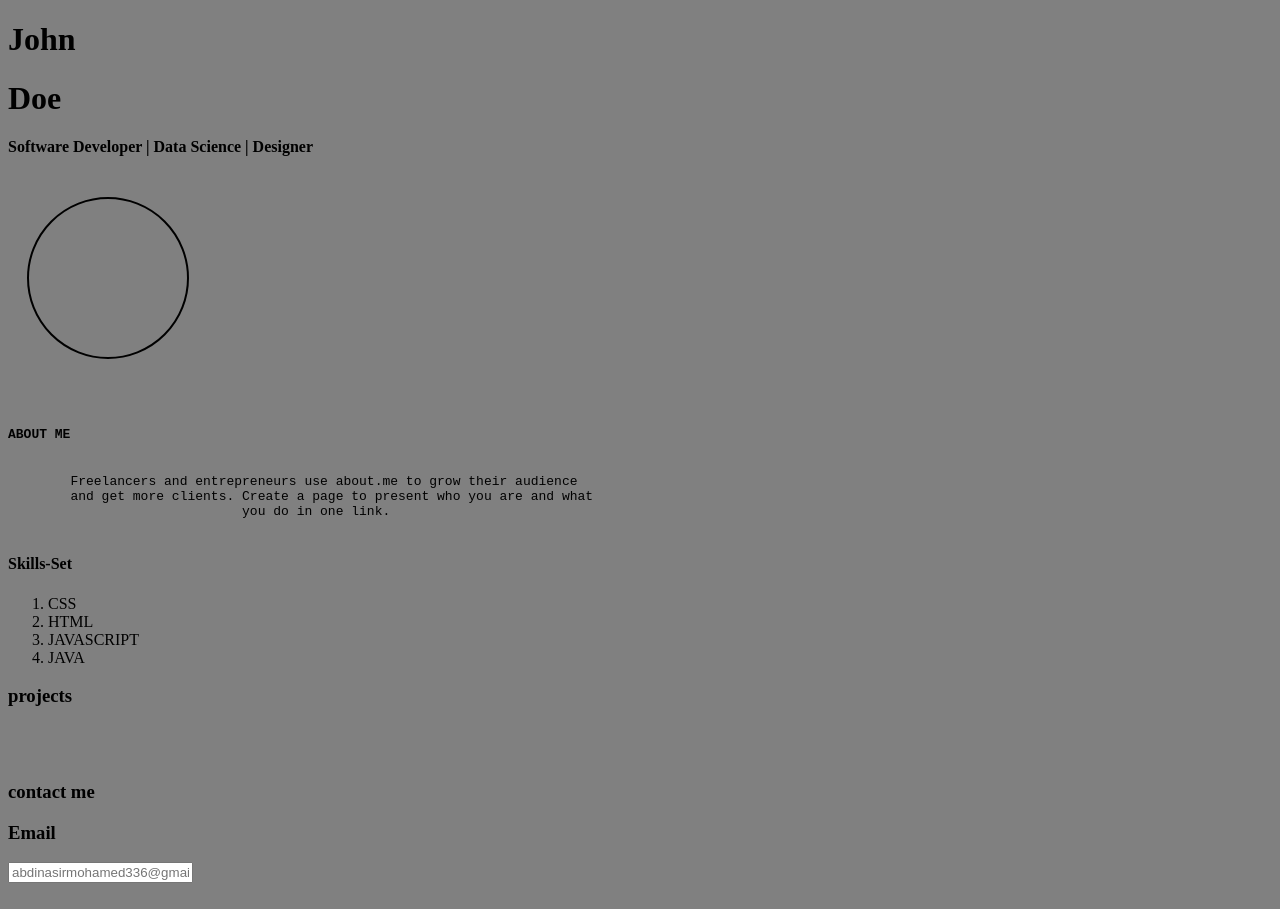
Repository: mrjayajay/week-1-code-challenges
Page: assignment/index.html
These files come from the project's save history. The page is drawn as it stood at one moment and after the next save; the edit follows.
The browser window is 1280 px wide. The pictures show the whole page.

Above is the page before, as saved 2024-03-10 17:24:15.

### assignment/index.html
<!DOCTYPE html>
<html lang="en">
<head>
    <meta charset="UTF-8">
    <meta name="viewport" content="width=device-width, initial-scale=1.0">
    <title>ASSIGNMENT</title>
    <link rel="stylesheet" href="style.css">
</head>
<body>
    <h1>John</h1>
    <h1>Doe</H1>
    <div id="sof">
    <h4>Software Developer | Data Science | Designer</h4>
    </div>
     <div id="circ" class="list">
    <svg width="200" height="200">
    <circle cx="100" cy="100" r="80" fill="GREY" stroke="black" stroke-width="2"/></svg>

    </div>
    <div id="brief">
        <pre>
    <h4 id="head">ABOUT ME</h4>
        Freelancers and entrepreneurs use about.me to grow their audience
        and get more clients. Create a page to present who you are and what
                              you do in one link.
    </pre>
    </div>

    <h4>Skills-Set</h4>
    <ol>
        <li>CSS</li>
        <LI>HTML</LI>
        <LI>JAVASCRIPT</LI>
        <LI>JAVA</LI>
    </ol>
    <h3>projects</h3>
    <br>
    <div class="container1">
        <div class="box" id="box1"></div>
        <div class="box" id="box2"></div>
        <div class="box" id="box3"></div>
    </div>
    <br>
    <div class="container2">
    <div  class="box" id="box4"></div>
    <div class="box" id="box5"></div>
    <div class="box" id="box6"></div>
    </div>

    <h3>contact me</h3>

    <form>
        <div id="class">
            <h3 class="zenz">Email</h3>
            <input type="email" placeholder="abdinasirmohamed336@gmail.com" class="zenz">
        </div>
    </form>
    <br>

        </body>
    </svg>
</body>
</html>

### assignment/style.css
*{
    padding:0px
    margin:0px
}
body {
    background-color: grey;
    font-family: 'Times New Roman', Times, serif;
}

After the next save:
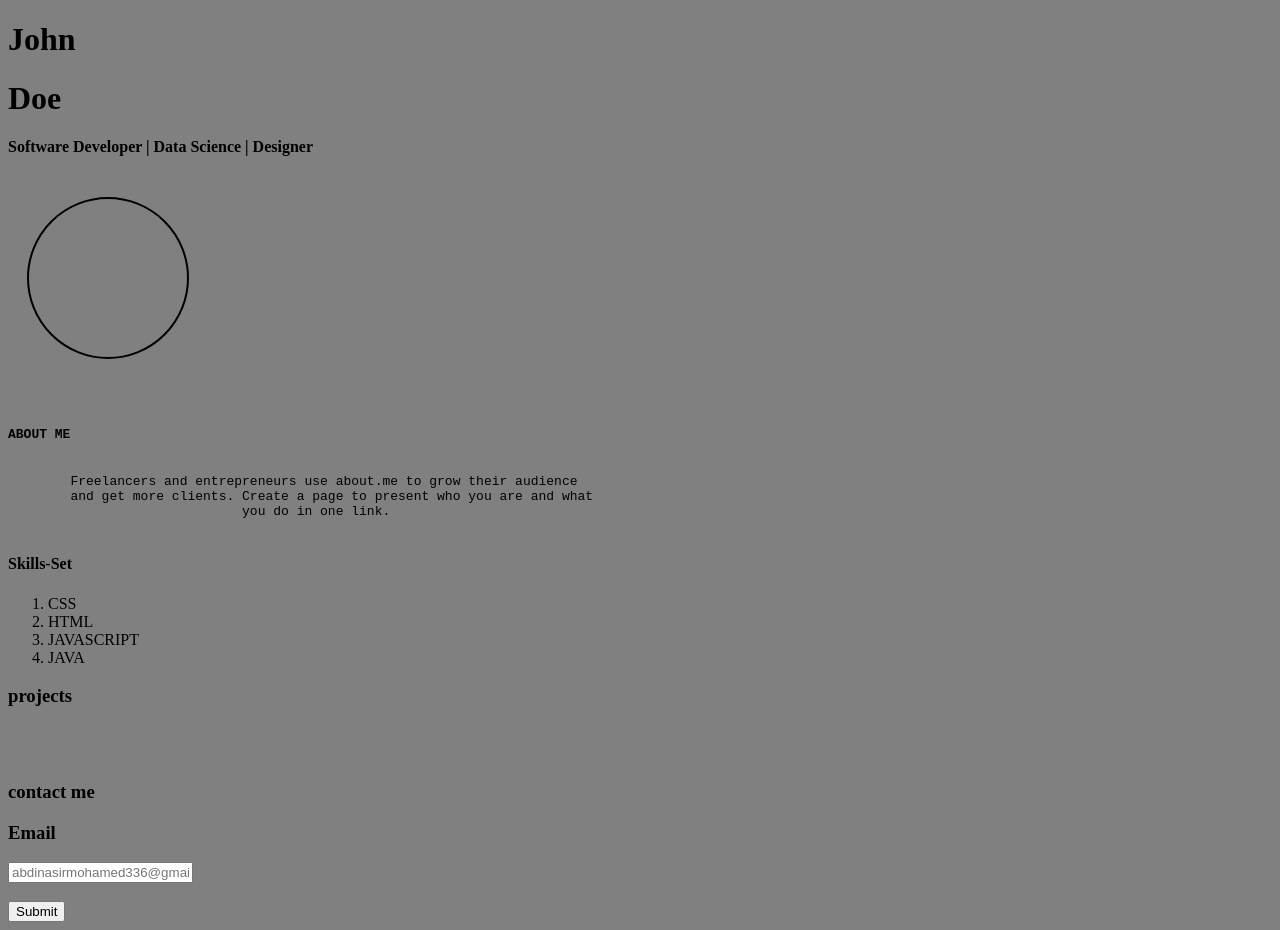
Saved 87 s later.
--- a/assignment/index.html
+++ b/assignment/index.html
@@ -56,7 +56,9 @@
         </div>
     </form>
     <br>
-
+    <div id="sub">
+        <input type="submit" id="cnn" class="zenz">
+    </div>
         </body>
     </svg>
 </body>
